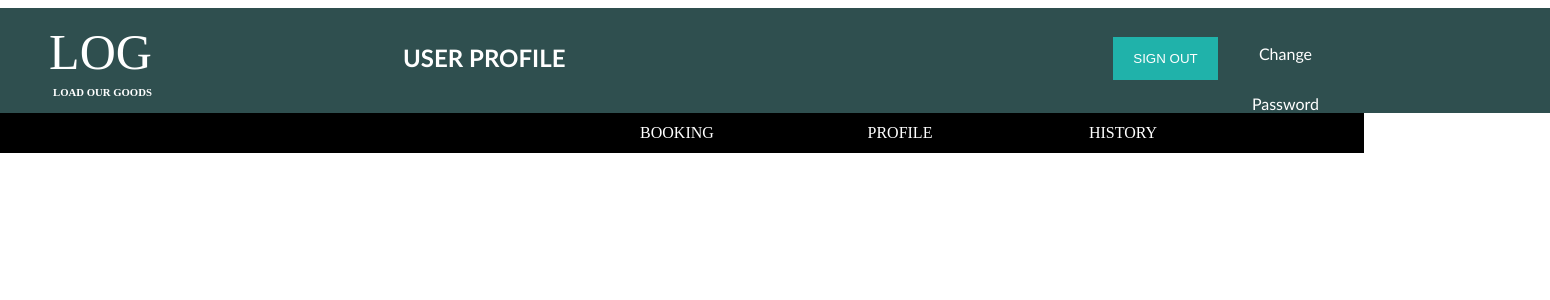
Repository: NAYAN9534/vehicle-booking-system
Page: http://localhost/minor/profile.jsp
These files come from the project's save history. The page is drawn as it stood at one moment and after the next save; the edit follows.
The browser window is 1280 px wide. The page is 1550 px wide, so the pictures cover 1550 px, including what lies to the right of the window. The pictures show the whole page.
The page is served by Tomcat 9.

Above is the page before, as saved 2017-05-27 08:12:15.

After the next save:
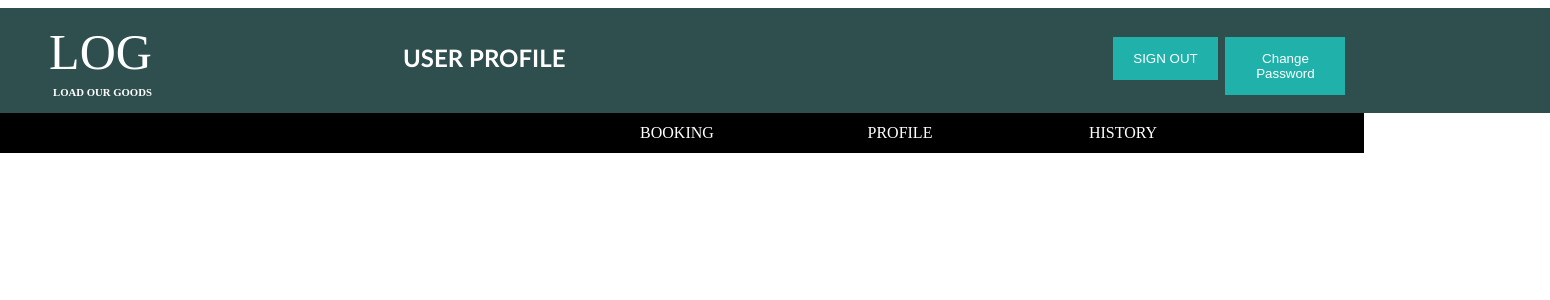
Saved 2 min 45 s later.
--- a/minor/WebContent/profile.jsp
+++ b/minor/WebContent/profile.jsp
@@ -195,7 +195,7 @@
  <div id="right_header">
       <ul>
       <li><a href="signout.jsp"><button style="width:auto;">SIGN OUT</button></a></li>
-      <li><a href="change_pass.jsp">Change Password</a></li> </div>
+      <li><a href="change_pass.jsp"><button style="width:auto;">Change Password</button></a></li> </div>
       </ul>
 </div>
 

After the save that followed:
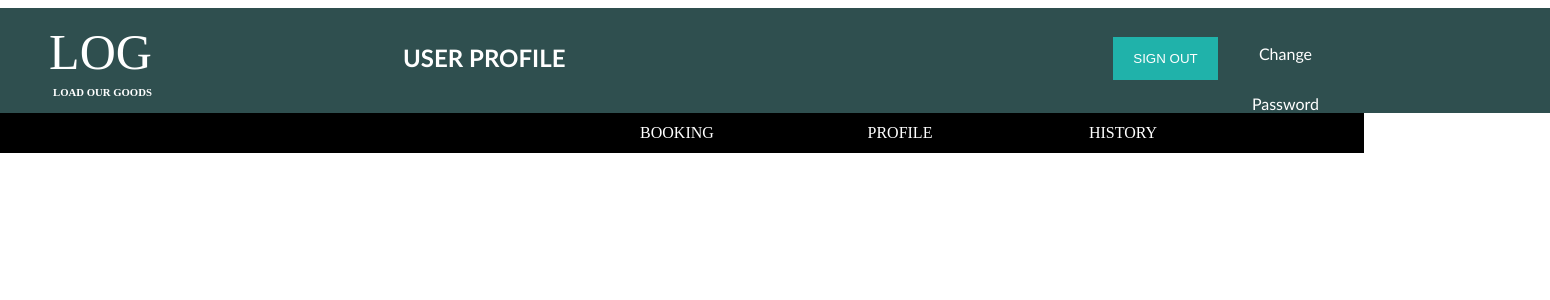
Saved 58 s later.
--- a/minor/WebContent/profile.jsp
+++ b/minor/WebContent/profile.jsp
@@ -195,7 +195,7 @@
  <div id="right_header">
       <ul>
       <li><a href="signout.jsp"><button style="width:auto;">SIGN OUT</button></a></li>
-      <li><a href="change_pass.jsp"><button style="width:auto;">Change Password</button></a></li> </div>
+      <li><a href="change_pass.jsp">Change Password</a></li> </div>
       </ul>
 </div>
 
